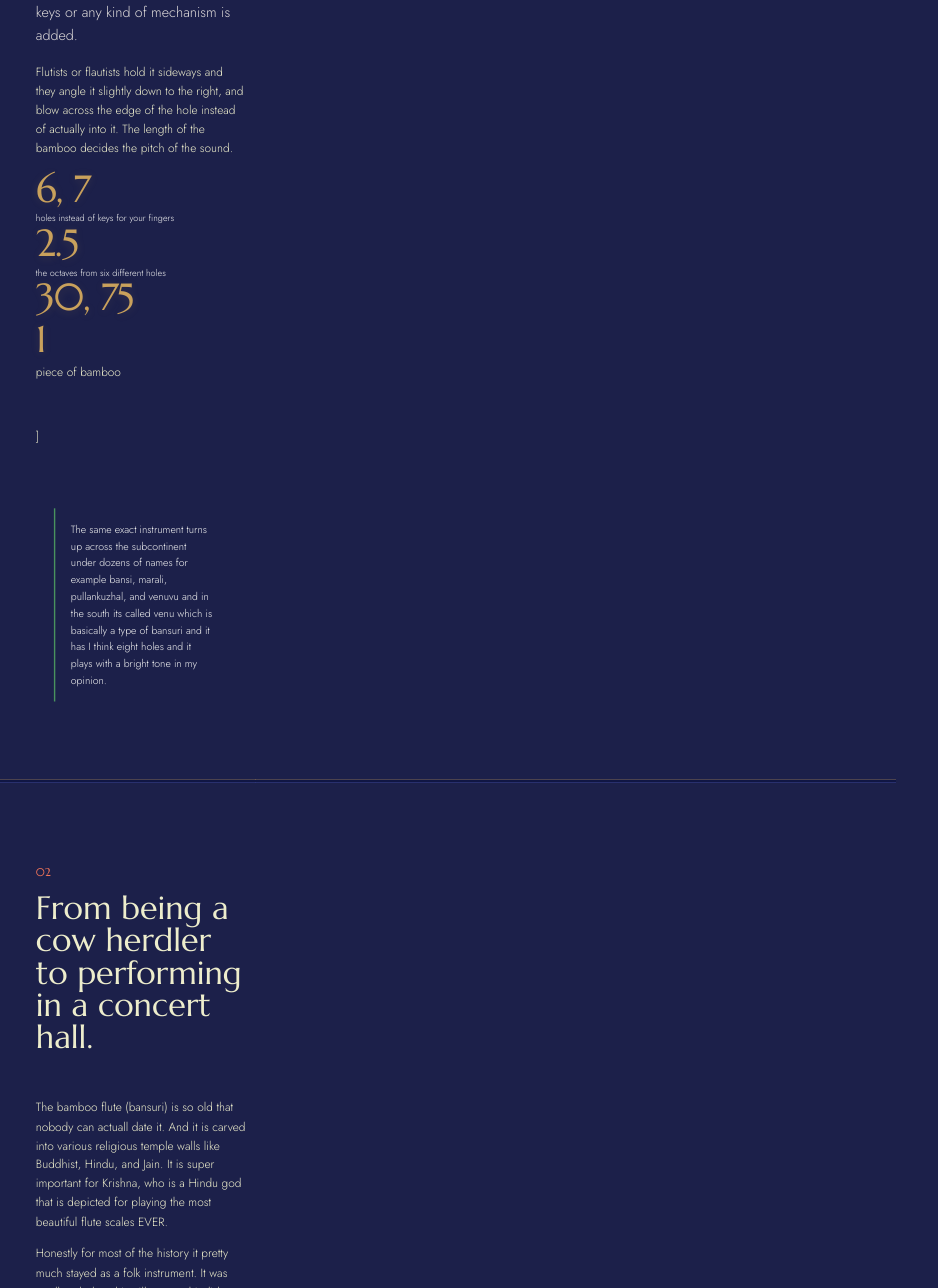
Repository: manayparikh1/Bansi
Page: index.html
The author's editor kept a copy of each file at every save. The page is drawn from the files as they stood at one save, then again after the next save.
The browser window is 1280 px wide. The page is 1340 px wide, so the pictures cover 1340 px, including what lies to the right of the window. The pictures show the part of the page from y = 1313 to 3153 px (the page is 5775 px tall before and 5693 px after), at 70% of full size.

Above is the page before, as saved 2026-09-21 14:56:56.

After the next save:
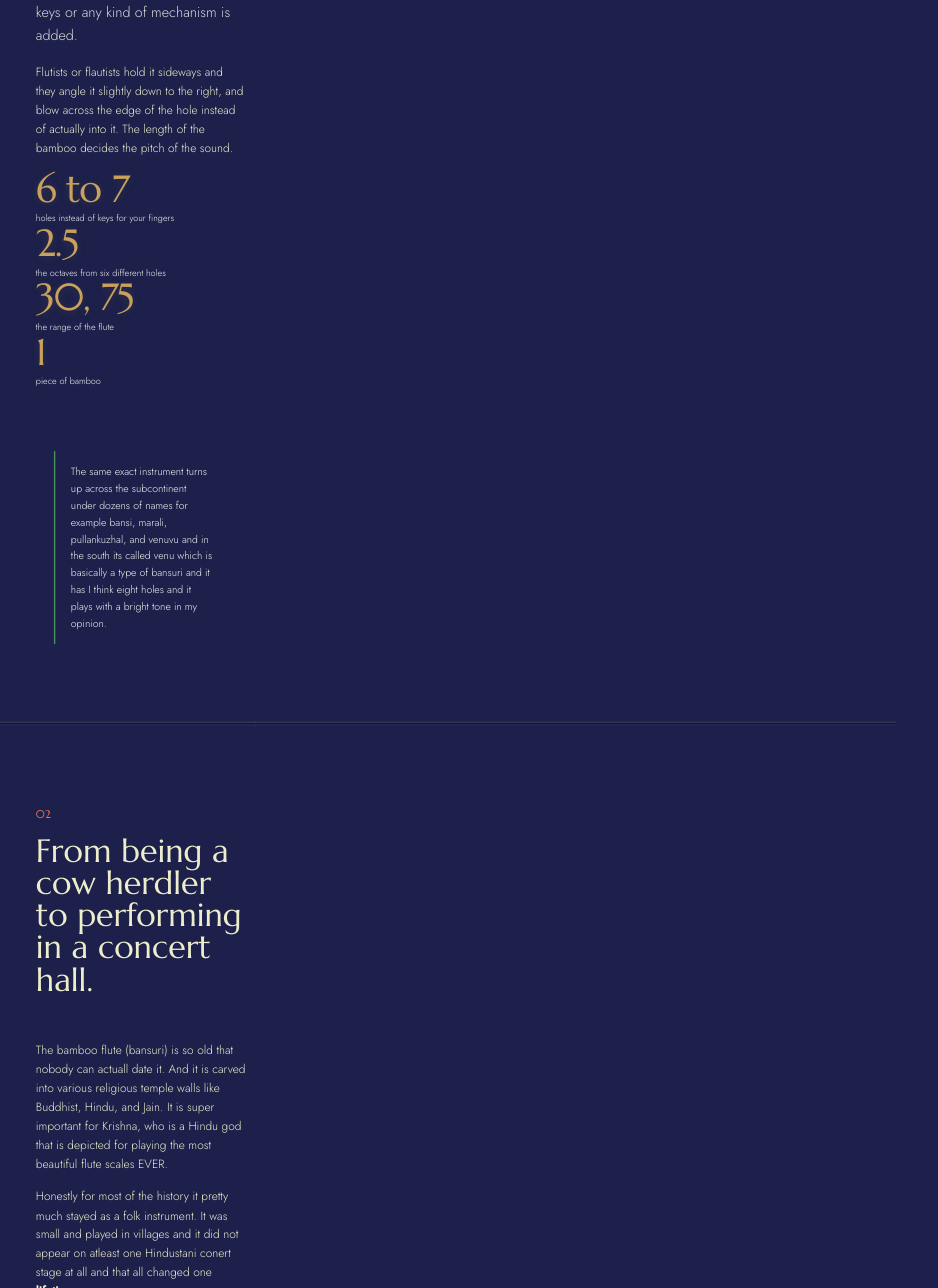
Saved 7 min 12 s later.
--- a/index.html
+++ b/index.html
@@ -72,13 +72,13 @@
                     sound.
                 </p>
                 <div class="fact">
-                    <b>6, 7</b>
+                    <b>6 to 7</b>
                     <span>holes instead of keys for your fingers</span>
                 </div>
                 <div class="fact"><b>2.5</b><span>the octaves from six different holes</span></div>
-                <div class="fact"><b>30, 75</b></div>
-                <div class="fact"><b>1</b></span>piece of bamboo</div>
-            </div>]
+                <div class="fact"><b>30, 75</b><span>the range of the flute</span></div>
+                <div class="fact"><b>1</b><span>piece of bamboo</span></div>
+            </div>
 
             <p class="aside-note">
                 The same exact instrument turns up across the subcontinent under dozens of names for example bansi,
